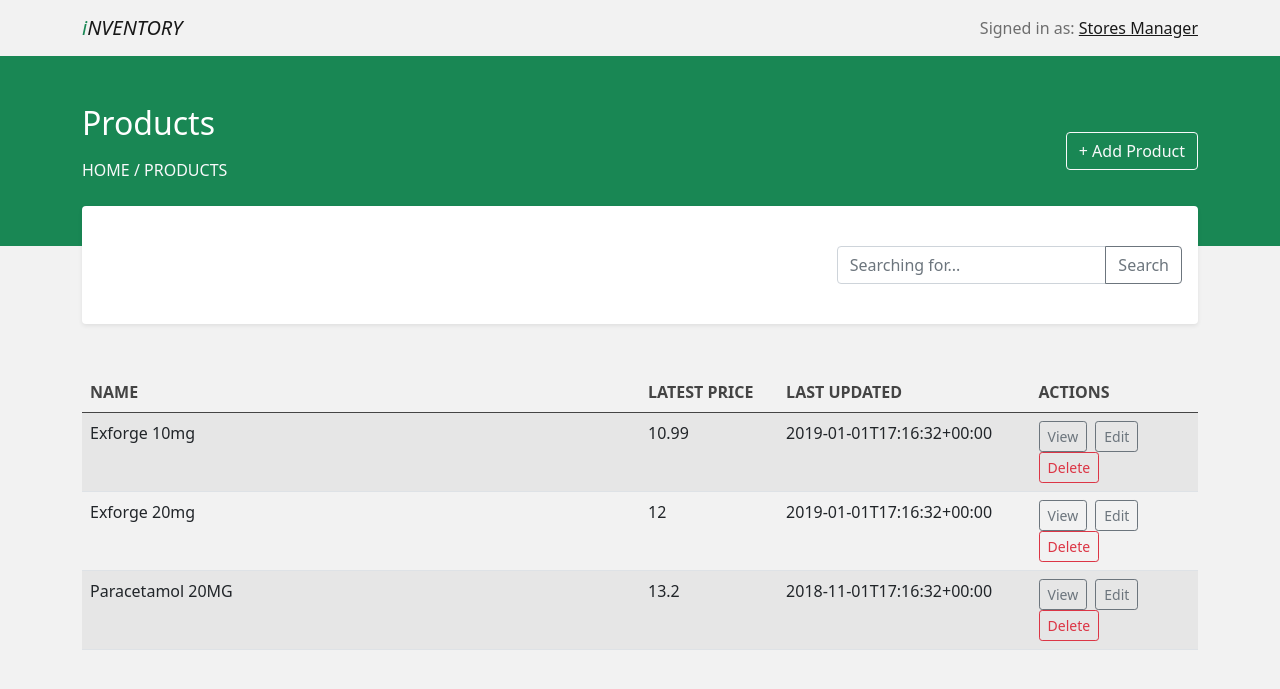
Repository: tHEO2k17/inventory-manager
Page: /
An editor plug-in stored every save of this project. The page is shown before and after the next save, followed by the edit.
The browser window is 1280 px wide. The pictures show the whole page.
The project was rebuilt for these pictures with package versions that can differ from the ones it lists, and the page was loaded fresh each time. Also part of the build but not shown: src/presentation/components/ProductForm.tsx.

Above is the page before, as saved 2021-08-31 10:37:00.

### src/index.tsx
import React from 'react';
import ReactDOM from 'react-dom';
import './index.scss';
import App from './presentation/App';

ReactDOM.render(
  <React.StrictMode>
    <App />
  </React.StrictMode>,
  document.getElementById('root')
);

### src/index.scss
@import '~bootstrap/scss/bootstrap.scss';

body{
    background-color: #F2F2F2;
}

.table thead tr > th{
    text-transform: uppercase;
    color: #444;
}

.mtn-40{
    margin-top: -40px;
}

### src/presentation/App.tsx
import ProductsPage from './pages/ProductsPage';

export default function App() {
  return ( <ProductsPage/> );
}

### src/presentation/pages/ProductsPage.tsx
import { Component } from "react"
import { Button, Card, Col, Container, FormControl, InputGroup, Row, Table } from "react-bootstrap";
import { mock } from "../../core/mock";
import Banner from "../components/Banner";
import Product from "../components/Product";
import TopBar from "../components/TopBar";

export default class ProductsPage extends Component {

    render() {
        return (
            <>
                <TopBar />
                <Banner />
                <Container>
                    <Card className="mtn-40 border-0 shadow-sm">
                        <Card.Body className="my-4">
                            <Row>
                                <Col md="4" className="offset-8">
                                    <InputGroup>
                                        <FormControl
                                            placeholder="Searching for..."
                                            aria-label="Searching for..."
                                            aria-describedby="basic-addon2"
                                        />
                                        <Button variant="outline-secondary" id="button-addon2"> Search</Button>
                                    </InputGroup>
                                </Col>
                            </Row>
                        </Card.Body>
                    </Card>
                    <Table striped className="mt-5">
                        <thead>
                            <tr>
                                <th>Name</th>
                                <th>Latest Price</th>
                                <th>Last Updated</th>
                                <th>Actions</th>
                            </tr>
                        </thead>
                        <tbody>
                            {
                                mock.products.map(product => <Product key={product.id} product={product} />)
                            }
                        </tbody>
                    </Table>
                </Container>
            </>
        );
    }
}

### src/core/mock.ts
export const mock = {
    "products": [
        {
            "id": 1,
            "name": "Exforge 10mg",
            "prices": [
                {
                    "id": 1,
                    "price": 10.99,
                    "date": "2019-01-01T17:16:32+00:00"
                },
                {
                    "id": 2,
                    "price": 9.20,
                    "date": "2018-11-01T17:16:32+00:00"
                }
            ]
        },
        {
            "id": 2,
            "name": "Exforge 20mg",
            "prices": [
                {
                    "id": 3,
                    "price": 12.00,
                    "date": "2019-01-01T17:16:32+00:00"
                },
                {
                    "id": 4,
                    "price": 13.20,
                    "date": "2018-11-01T17:16:32+00:00"
                }
            ]
        },
        {
            "id": 3,
            "name": "Paracetamol 20MG",
            "prices": [
                {
                    "id": 5,
                    "price": 5.00,
                    "date": "2017-01-01T17:16:32+00:00"
                },
                {
                    "id": 6,
                    "price": 13.20,
                    "date": "2018-11-01T17:16:32+00:00"
                }
            ]
        }
    ]
};

### src/presentation/components/Banner.tsx
import { useState } from "react";
import { Button, Col, Container, Modal, Row } from "react-bootstrap";
import ProductForm from "./ProductForm";

const Banner = () => {
    const [show, setShow] = useState(false);

    const handleClose = () => setShow(false);
    const handleShow = () => setShow(true);

    return (
        <>
            <section className="bg-success">
                <Container className="py-5 text-white">
                    <Row className="align-items-center">
                        <Col>
                            <h2>Products</h2>
                            <p className="text-light mt-3 fw-light fs-6">HOME / PRODUCTS</p>
                        </Col>
                        <Col>
                            <Button variant="outline-light" className="float-end" onClick={handleShow}>+ Add Product</Button>
                        </Col>
                    </Row>
                </Container>
            </section>

            <Modal show={show} onHide={handleClose}>
                <Modal.Header closeButton> New Product</Modal.Header>
                <Modal.Body><ProductForm/></Modal.Body>
            </Modal>
        </>
    );
}

export default Banner;

### src/presentation/components/Product.tsx
import { Button } from "react-bootstrap"
import moment from 'moment';

const Product = ({ product }: ProductProps) => {

    const findLatestPriceInfo = (prices: any[]): any => {
        return prices.reduce(
            (acc: any, value: any) =>
                moment(acc.date).isAfter(value.date)
                    ? acc
                    : value
        );
    }

    return (
        <tr>
            <td width="50%">{product.name}</td>
            <td>{findLatestPriceInfo(product.prices).price}</td>
            <td>{findLatestPriceInfo(product.prices).date}</td>
            <td width="15%">
                <Button size="sm" variant="outline-secondary">View</Button>
                <Button size="sm" variant="outline-secondary" className="mx-2">Edit</Button>
                <Button size="sm" variant="outline-danger">Delete</Button>
            </td>
        </tr>
    );

}

export default Product;

type ProductProps = {
    key: any,
    product: any
}

### src/presentation/components/TopBar.tsx
import { Container, Navbar } from "react-bootstrap";

const TopBar = () => {
    return (
        <Navbar>
            <Container>
                <Navbar.Brand href="#home" className="fst-italic"><span className="text-success">i</span>NVENTORY</Navbar.Brand>
                <Navbar.Toggle />
                <Navbar.Collapse className="justify-content-end">
                    <Navbar.Text>
                        Signed in as: <a href="#login">Stores Manager</a>
                    </Navbar.Text>
                </Navbar.Collapse>
            </Container>
        </Navbar>
    );
}

export default TopBar;

Loaded but not shown: public/index.html (common file)

After the next save:
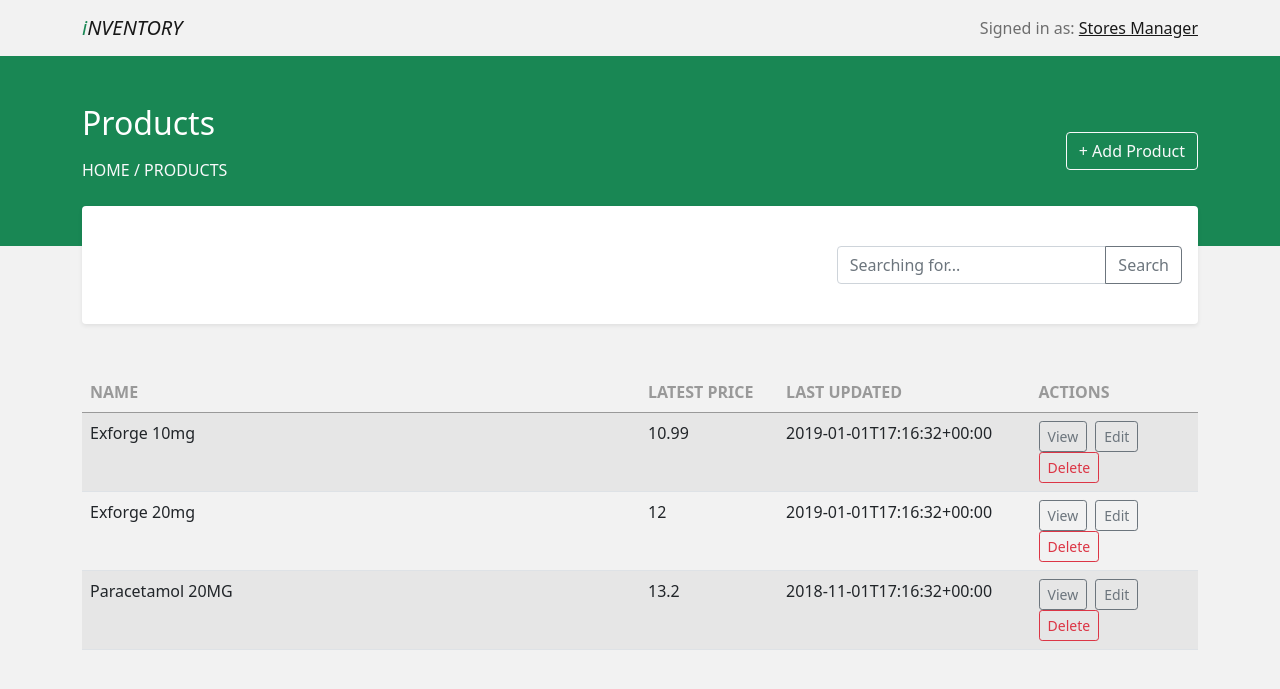
Saved 11 s later.
--- a/src/index.scss
+++ b/src/index.scss
@@ -6,7 +6,7 @@ body{
 
 .table thead tr > th{
     text-transform: uppercase;
-    color: #444;
+    color: #999;
 }
 
 .mtn-40{
